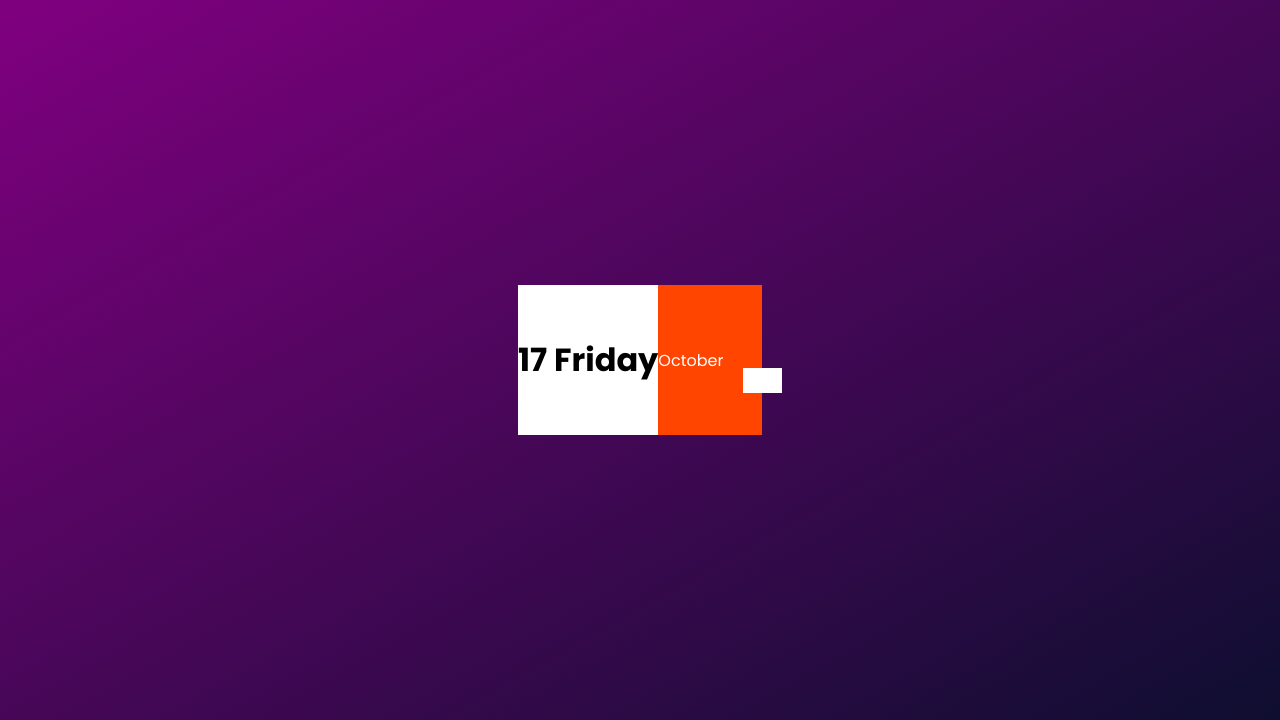
Repository: Ankitkr2021/Calendar
Page: index.html
These files come from the project's save history. The page is drawn as it stood at one moment and after the next save; the edit follows.
The browser window is 1280 px wide. The pictures show the whole page.

Above is the page before, as saved 2025-10-17 19:25:51.

### index.html
<!DOCTYPE html>
<html lang="en">
<head>
    <meta charset="UTF-8">
    <meta name="viewport" content="width=device-width, initial-scale=1.0">
    <title>Document</title>
    <link rel="stylesheet" href="./style.css">
</head>
<body>
    <div class="box">
        <div class="date"><h1>17 Friday</h1></div>
        <div class="month">
            <div class="mon">October</div>
            <div class="year">2025</div>
        </div>
    </div>
</body>
</html>

### style.css
@import url('https://fonts.googleapis.com/css2?family=Poppins:wght@100;200;300;400;500;600;700;800;900&display=swap');

*{
    margin: 0;
    padding: 0;
    box-sizing: border-box;
    font-family: "Poppins",sans-serif;
}

.box {
    display: flex;
    align-items: center;
    justify-content: center;
    height: 100vh;
    background: linear-gradient(to bottom right, purple, rgb(14, 14, 48));
    color: #fff;
}

.date {
    background: #fff;
    color: #000;
    height: 150px;
    display: flex;
    align-items: center;
    justify-content: center;

}

.mon {
    display: flex;
    align-items: center;
    justify-content: center;
}

.year {
    background: #fff;
    position: relative;
    left: 20px;
    top: 20px;
}

.month{
    background: orangered;
    height: 150px;
    display: flex;
    align-items: center;
    justify-content: center;
}

After the next save:
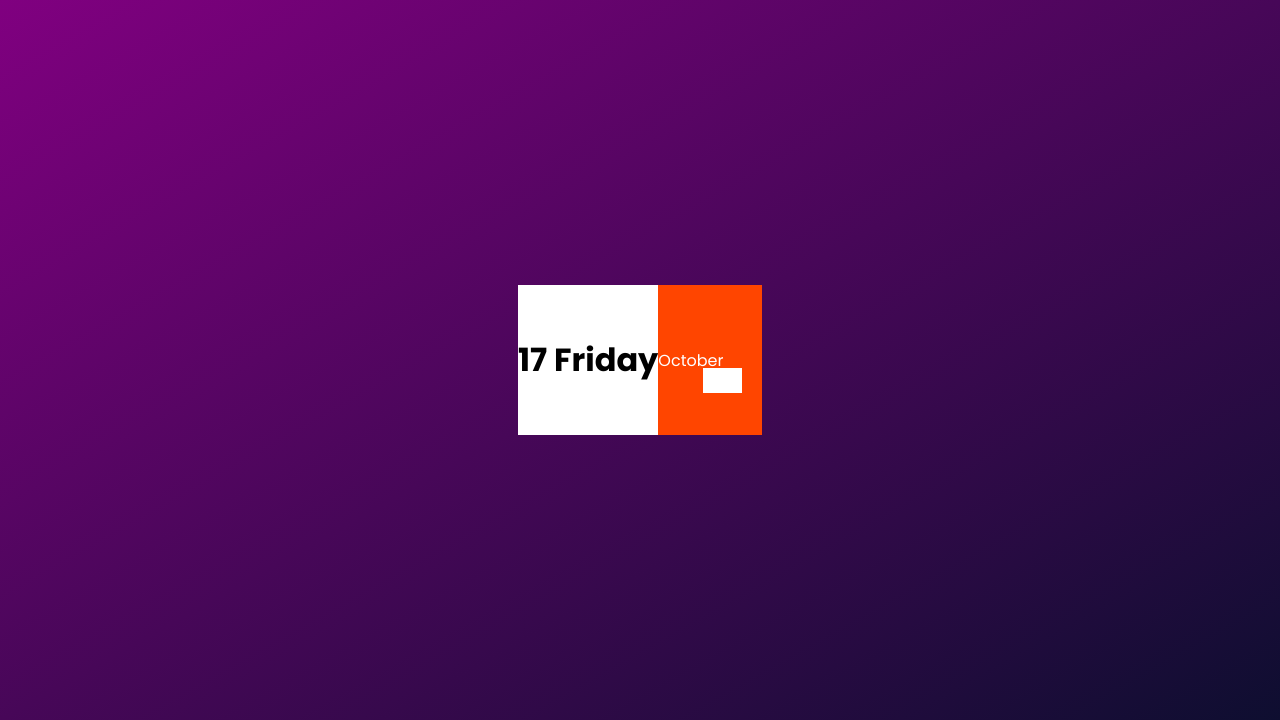
Saved 5 s later.
--- a/style.css
+++ b/style.css
@@ -35,7 +35,7 @@
 .year {
     background: #fff;
     position: relative;
-    left: 20px;
+    right: 20px;
     top: 20px;
 }
 
